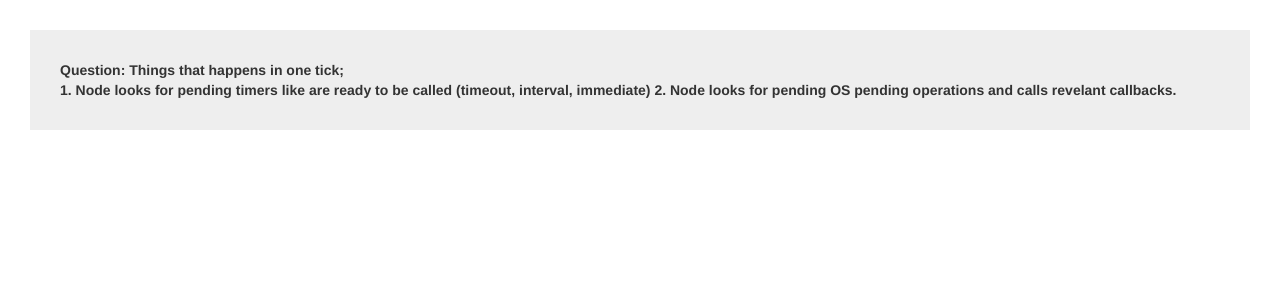
Repository: rahil001/preparation
Page: javascriptPrac/index.html
An editor plug-in stored every save of this project. The page is shown before and after the next save, followed by the edit.
The browser window is 1280 px wide. The pictures show the whole page.

Above is the page before, as saved 2019-10-27 21:01:40.

### javascriptPrac/index.html
<!DOCTYPE html>
<html lang="en">
<head>
    <meta charset="UTF-8">
    <title>getting started with javascript</title>
    <link rel="stylesheet" href="https://maxcdn.bootstrapcdn.com/bootstrap/3.3.7/css/bootstrap.min.css  ">
    <style>
        body, .jumbotron{
            padding: 30px;
        }
        .text-giant{
            font-size: 40px;
        }
    </style>
</head>
<body>
<div class="jumbotron">
    <b>Question: Things that happens in one tick;<b>
        <div>
    1. Node looks for pending timers like  are ready to be called (timeout, interval, immediate)
    2. Node looks for pending OS pending operations and calls revelant callbacks.
    </div>

</div>
<script src="app.js"></script>
</body>
</html>

Loaded but not shown: javascriptPrac/app.js (no copy from this time; the picture is the same without it)

After the next save:
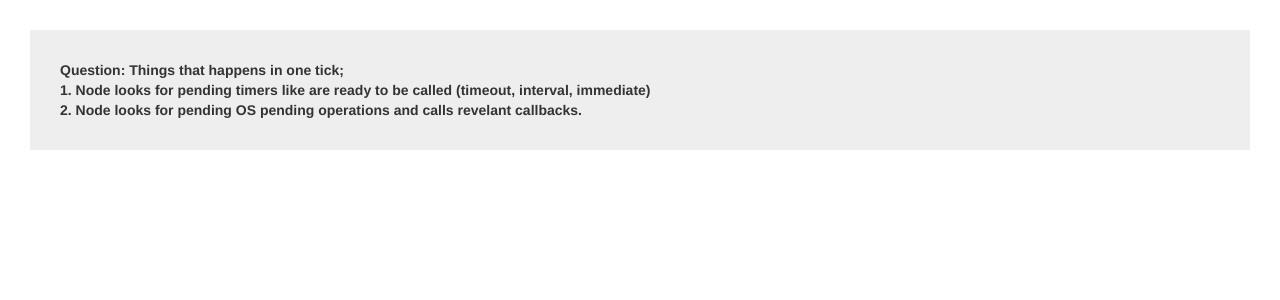
Saved 23 s later.
--- a/javascriptPrac/index.html
+++ b/javascriptPrac/index.html
@@ -16,8 +16,10 @@
 <body>
 <div class="jumbotron">
     <b>Question: Things that happens in one tick;<b>
+    <div>
         <div>
-    1. Node looks for pending timers like  are ready to be called (timeout, interval, immediate)
+1. Node looks for pending timers like  are ready to be called (timeout, interval, immediate)
+        </div>
     2. Node looks for pending OS pending operations and calls revelant callbacks.
     </div>
 
